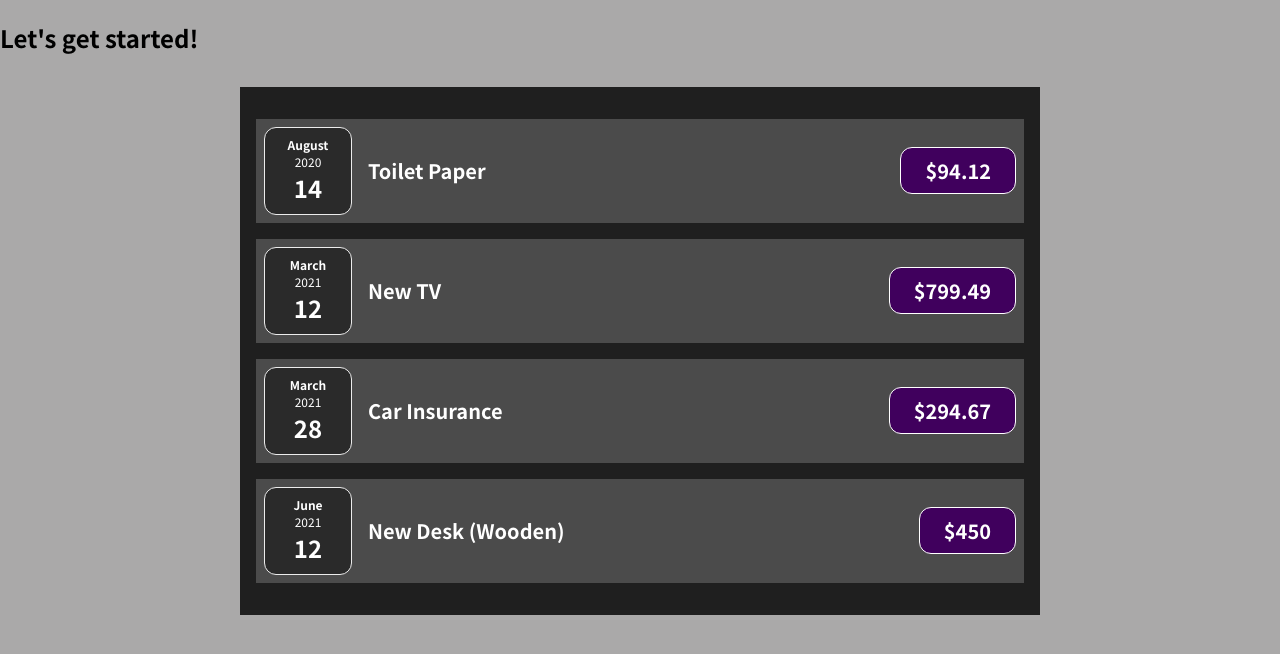
Repository: otvertka/MSC
Page: /
These files come from the project's save history. The page is drawn as it stood at one moment and after the next save; the edit follows.
The browser window is 1280 px wide. The pictures show the whole page.
The project was rebuilt for these pictures with package versions that can differ from the ones it lists, and the page was loaded fresh each time.

Above is the page before, as saved 2023-06-19 08:42:47.

After the next save:
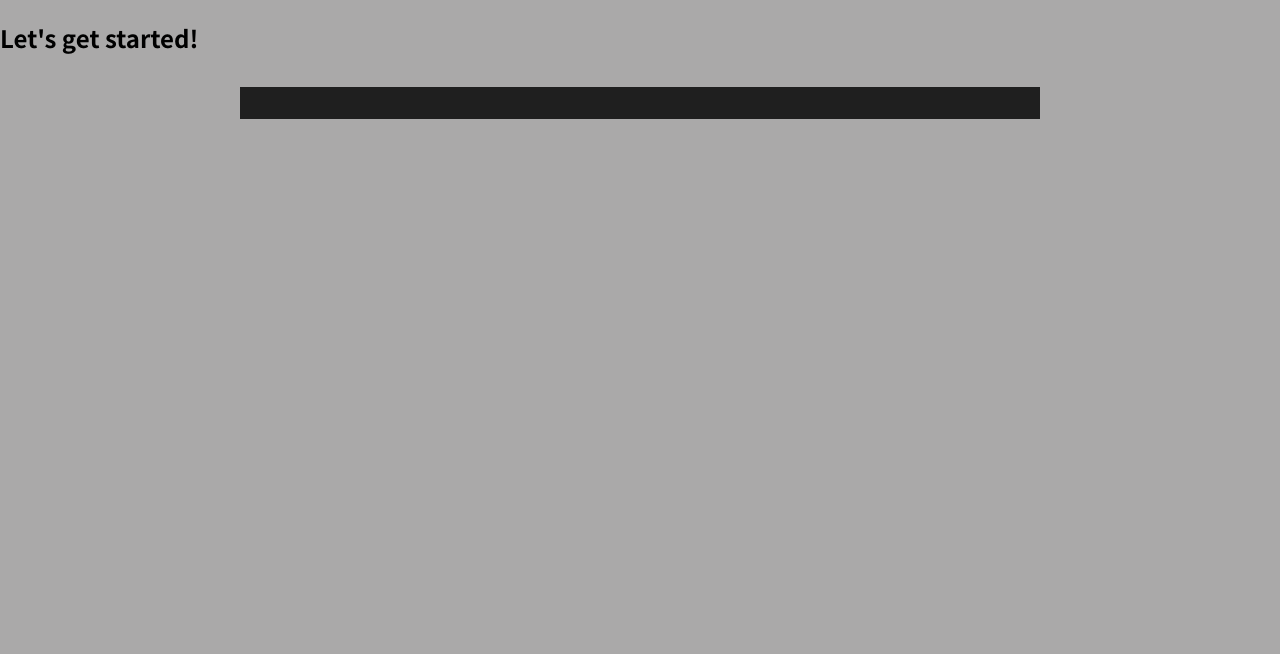
Saved 7 min 18 s later.
--- a/src/components/ExpenseItem.js
+++ b/src/components/ExpenseItem.js
@@ -1,16 +1,17 @@
+import Card from "./Card";
 import ExpenseDate from "./ExpenseDate";
 import "./ExpenseItem.css";
 
 function ExpenseItem(props) {
   return (
     //
-    <div className="expense-item">
+    <Card className="expense-item">
       <ExpenseDate date={props.date} />
       <div className="expense-item__description">
         <h2>{props.title}</h2>
         <div className="expense-item__price">${props.amount}</div>
       </div>
-    </div>
+    </Card>
   );
 }
 
